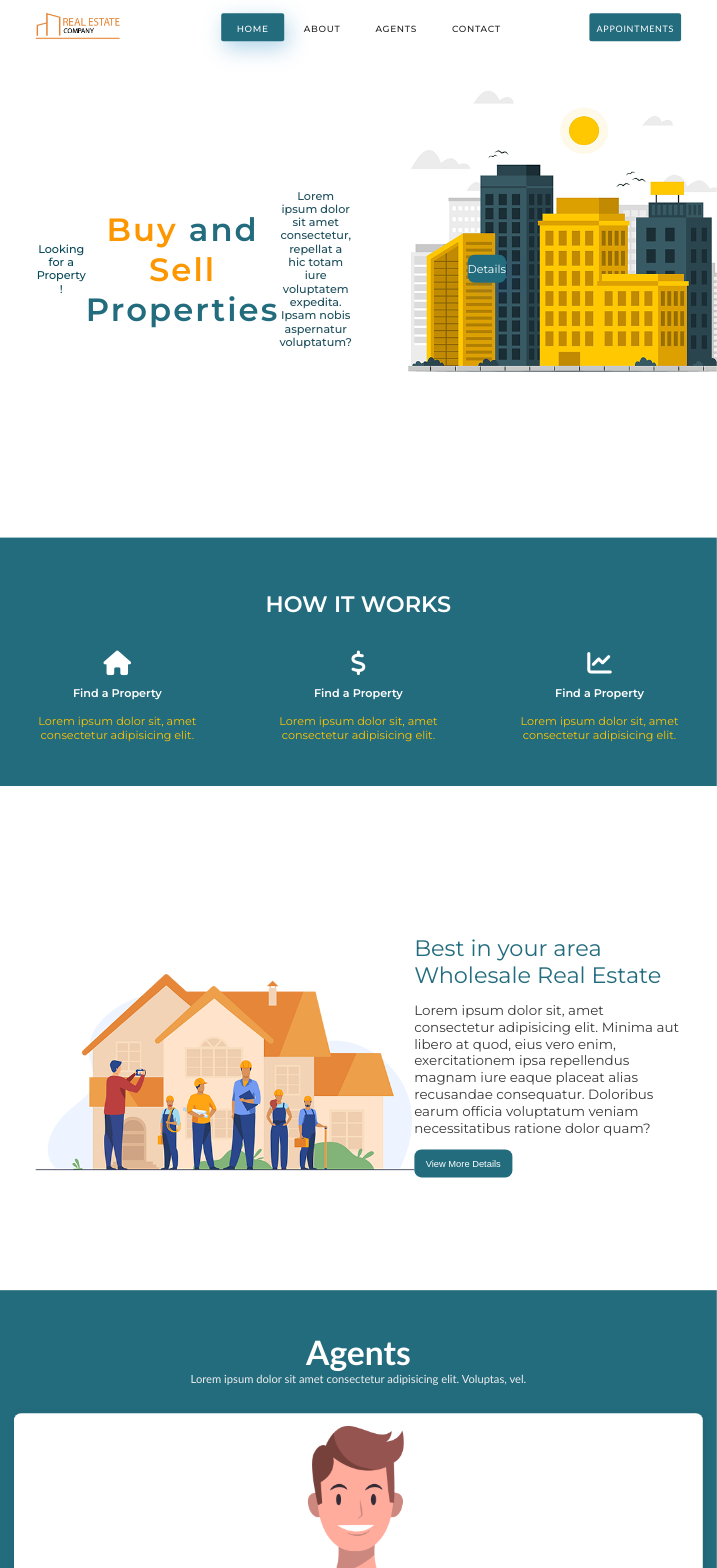
Repository: gabe126679/Mikes-site
Page: /
The author's editor kept a copy of each file at every save. The page is drawn from the files as they stood at one save, then again after the next save.
The browser window is 1024 px wide. The pictures show the part of the page from y = 0 to 2240 px (the page is 3783 px tall), at 70% of full size.
Some web libraries are served in a nearby version. The project was rebuilt for these pictures with package versions that can differ from the ones it lists, and the page was loaded fresh each time.

Above is the page before, as saved 2022-04-18 19:43:04.

After the next save:
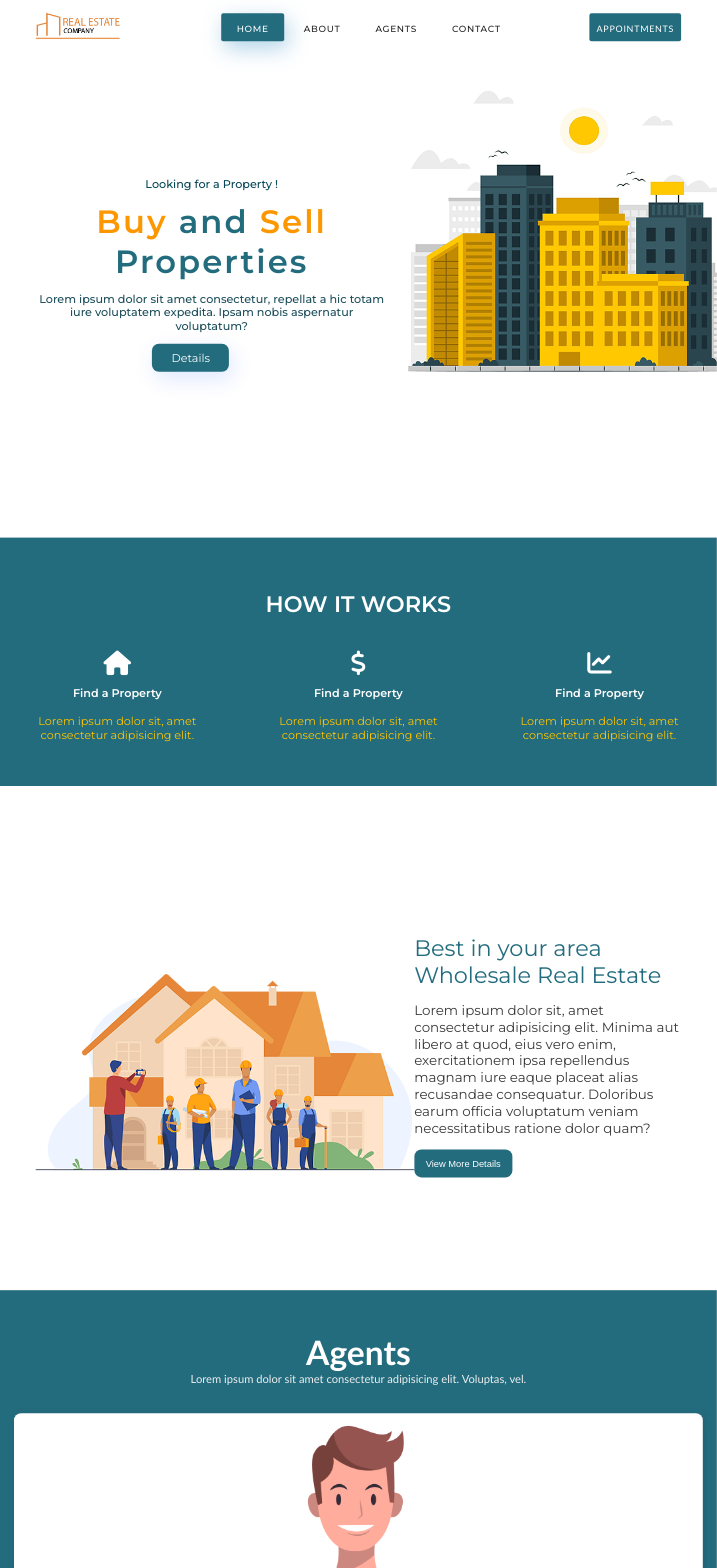
Saved 25 s later.
--- a/src/index.css
+++ b/src/index.css
@@ -473,8 +473,6 @@ nav .menu-btn,
 		left: 10%;
 		top: 50%;
 		transform: translate(-10%,-50%);
-    display: flex;
-    align-items: center;
 	}
 	.about-model img{
 		height:400px;
